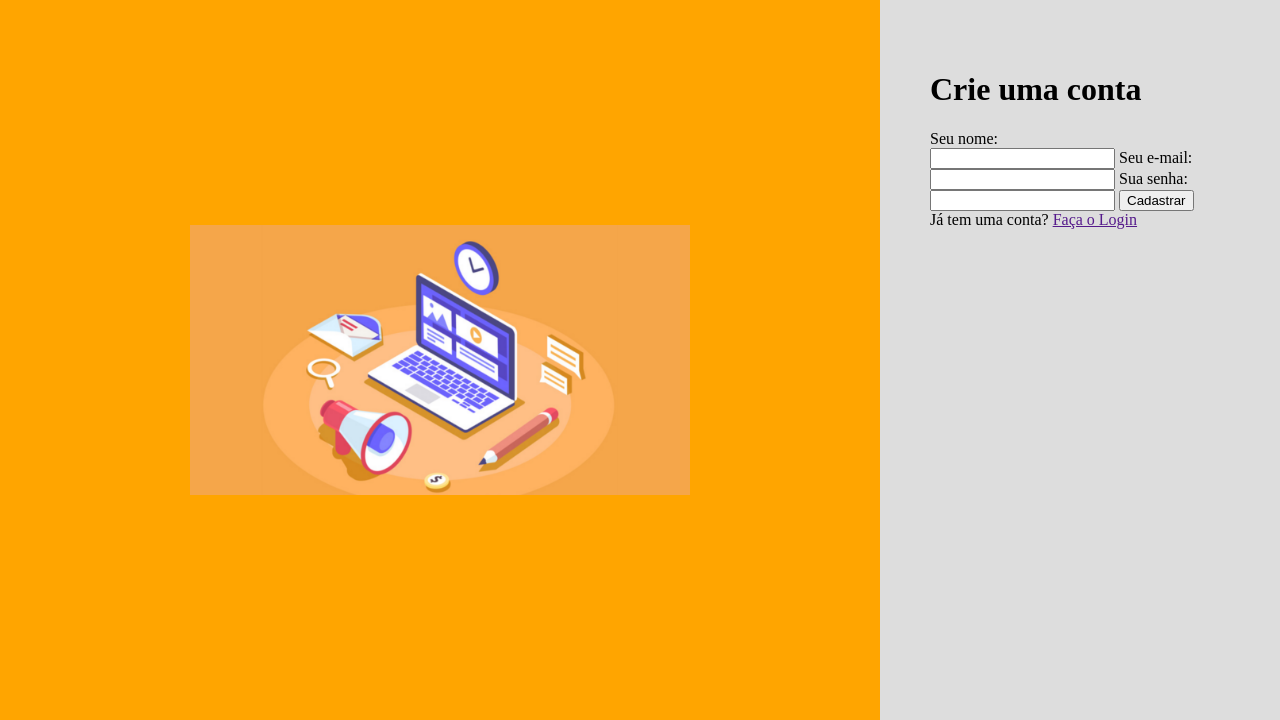
Repository: rafavirginio/tela-de-login
Page: index.html
An editor plug-in stored every save of this project. The page is shown before and after the next save, followed by the edit.
The browser window is 1280 px wide. The pictures show the whole page.

Above is the page before, as saved 2020-09-14 23:27:48.

After the next save:
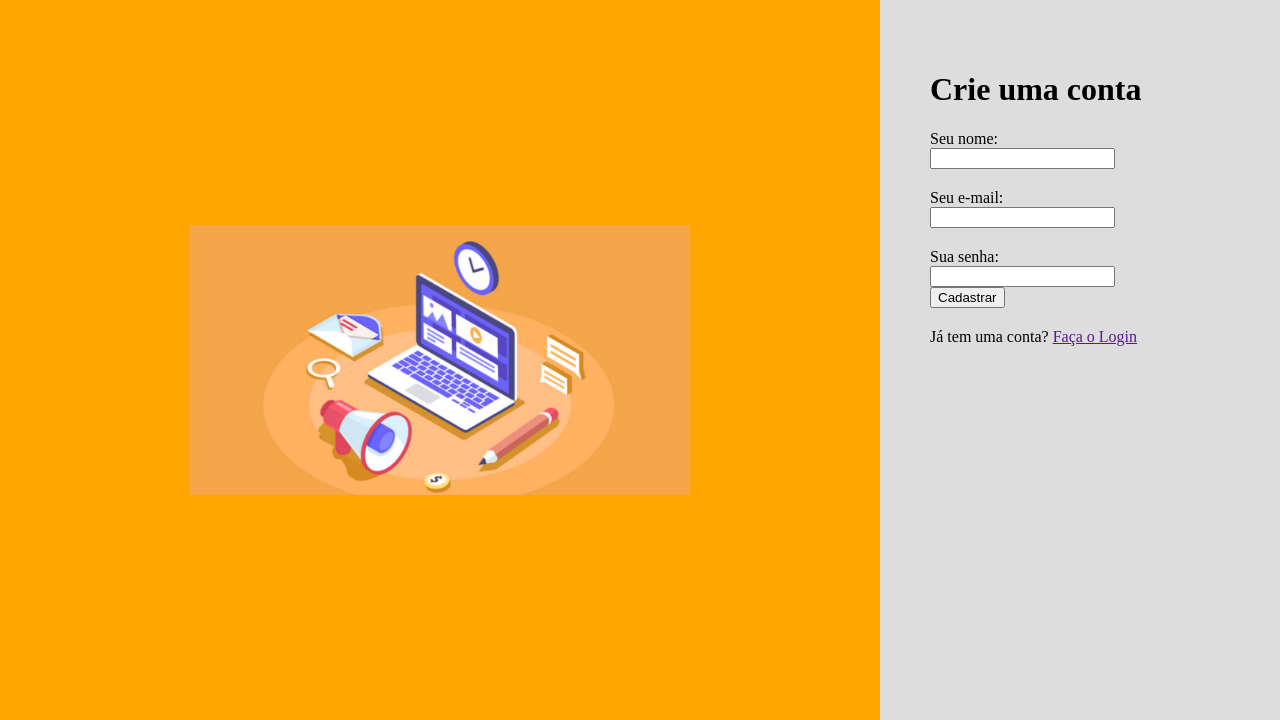
Saved 90 s later.
--- a/style.css
+++ b/style.css
@@ -29,3 +29,8 @@ body {
     background-color: #DDD;
     padding: 50px;
 }
+
+.rightside label {
+    display: block;
+    margin-bottom: 20px;
+}
